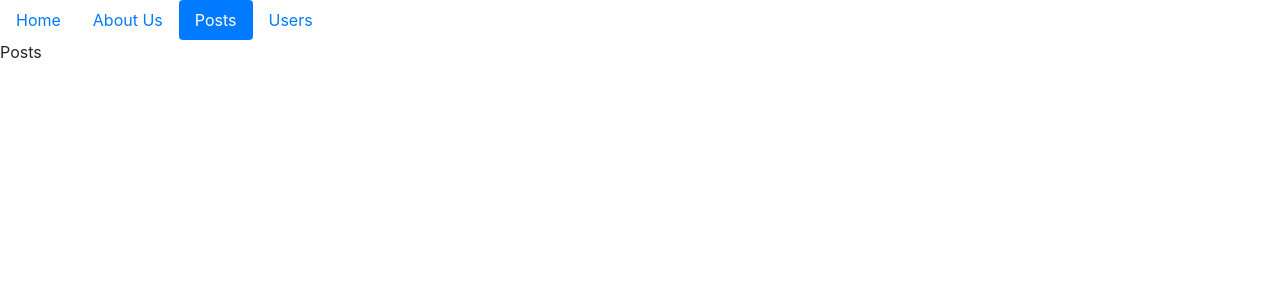
Repository: toufik17/vuejs
Page: /posts
An editor plug-in stored every save of this project. The page is shown before and after a run of saves, followed by the edit.
The browser window is 1280 px wide. The pictures show the whole page.
The project was rebuilt for these pictures with package versions that can differ from the ones it lists, and the page was loaded fresh each time. Also part of the build but not shown: src/components/Home.vue, src/components/About.vue, src/components/Post.vue.

Above is the page before, as saved 2019-03-06 11:22:24.

### public/index.html
<!DOCTYPE html>
<html lang="en">
  <head>
    <meta charset="utf-8">
    <meta http-equiv="X-UA-Compatible" content="IE=edge">
    <meta name="viewport" content="width=device-width,initial-scale=1.0">
    <link rel="icon" href="<%= BASE_URL %>favicon.ico">
    <link rel="stylesheet" href="https://stackpath.bootstrapcdn.com/bootstrap/4.1.2/css/bootstrap.min.css" integrity="sha384-Smlep5jCw/wG7hdkwQ/Z5nLIefveQRIY9nfy6xoR1uRYBtpZgI6339F5dgvm/e9B" crossorigin="anonymous">
    <title>demo</title>
  </head>
  <body>
    <noscript>
      <strong>We're sorry but demo doesn't work properly without JavaScript enabled. Please enable it to continue.</strong>
    </noscript>
    <div id="app"></div>
    <!-- built files will be auto injected -->
  </body>
</html>

### src/main.js
import Vue from 'vue'
import App from './App.vue'
import VueRouter from 'vue-router'

import routes from './routes'

Vue.use(VueRouter);
const router = new VueRouter({
  mode: "history",
  routes : routes
})

Vue.config.productionTip = false

new Vue({
  render: h => h(App),
  router
}).$mount('#app')

### src/App.vue
<template>
  <div id="app">
    <NavBar />
    <router-view></router-view>
  </div>
</template>

<script>

import NavBar from "./components/NavBar"
export default {
  name: 'app',
  components: {
    NavBar
  }
}
</script>

<style>

</style>

### src/routes.js
import Home from './components/Home'
import About from './components/About'
import Post from './components/Post'
import Posts from './components/Posts'

const routes = [
    {path: "/", component: Home},
    {path: "/about", component: About},
    {path: "/posts", component: Posts},
    {path: "/posts/:id", component: Post}
];

export default routes;

### src/components/NavBar.vue
<template>
    <ul class="nav nav-pills">
      <li class="nav-item">
        <router-link :to="{name: 'home'}" class="nav-link" active-class="active" exact href="#">
          Home
        </router-link>
      </li>
      <li class="nav-item">
        <router-link to="/about" class="nav-link" active-class="active" href="#">
          About Us
        </router-link>
      </li>
      <li class="nav-item">
        <router-link to="/posts" class="nav-link" active-class="active" href="#">
          Posts
        </router-link>
      </li>
      <li class="nav-item">
        <router-link to="/users" class="nav-link" active-class="active" href="#">
          Users
        </router-link>
      </li>
    </ul>
</template>

### src/components/Posts.vue
<template>
    <div>
        Posts
    </div>
</template>

After the next 2 saves:
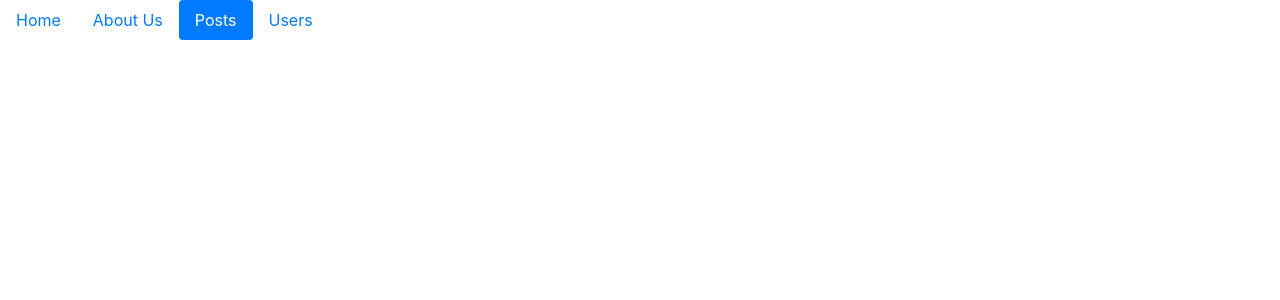
The 2 saves are shown as one change because they came seconds apart.
The last was saved 47 s later.
--- a/src/components/Posts.vue
+++ b/src/components/Posts.vue
@@ -1,5 +1,5 @@
 <template>
     <div>
-        Posts
+    <hPosts
     </div>
 </template>
